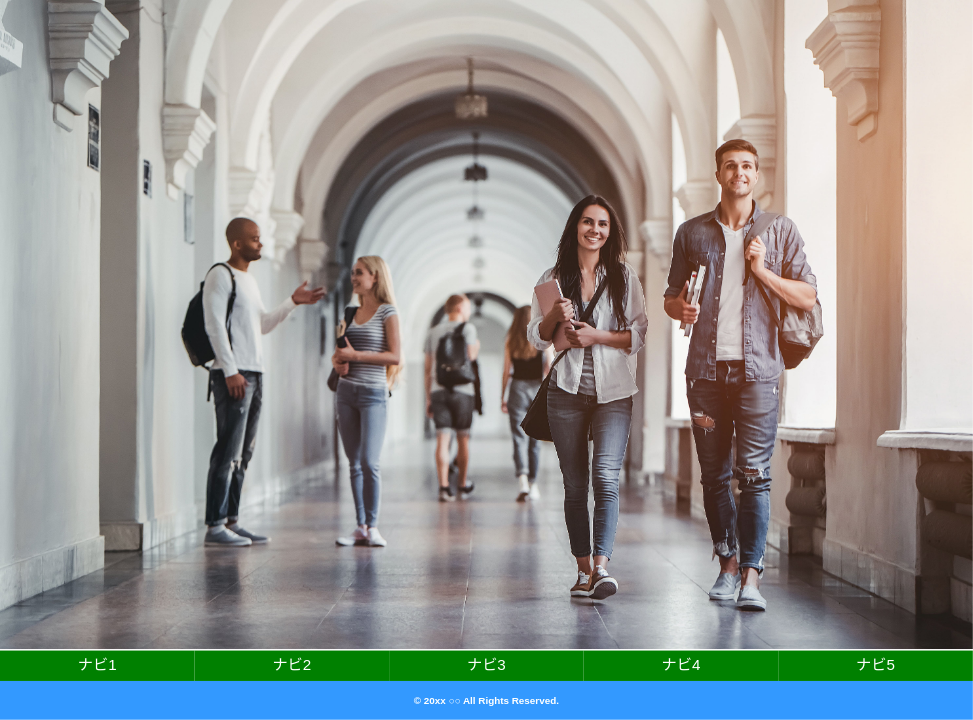
Repository: T-Ohchi/samurai_HTML-CSS
Page: home.html
The author's editor kept a record of every edit. The page is drawn from the files as they stood at one moment, then again after the next edit.
The browser window is 1280 px wide. The pictures show the whole page, at 76% of full size.
Pictures or frames that could not be fetched are drawn as grey boxes.

Above is the page before.

### home.html
<!DOCTYPE html>
<html lang="ja">
<head>
    <meta charset="UTF-8">
    <title>HTML/CSSの学習</title>
    <link rel="stylesheet" href="stylesheet.css">
</head>
<body>
        <div id="header">
            <h1><a href="index.html"><img id="corridor" src="images/corridor.jpg" alt="大学の廊下" /></a></h1>
        </div>
        <div id="wrapper">
            <div id="nav">
                <ul>
                    <li><a href="home.html">ナビ1</a></li>
                    <li><a href="#">ナビ2</a></li>
                    <li><a href="#">ナビ3</a></li>
                    <li><a href="#">ナビ4</a></li>
                    <li><a href="#">ナビ5</a></li>
                </ul>
            </div>
        </div>
        <div id="footer">
            <p>&copy; 20xx ○○ All Rights Reserved.</p>
        </div>
</body>
</html>

### stylesheet.css
@charset "utf-8";

body {
	margin: 0;
	padding: 0;
	font-family: "ヒラギノ角ゴ Pro W3", "Hiragino Kaku Gothic Pro", "メイリオ", Meiryo, Osaka, "ＭＳ Ｐゴシック", "MS PGothic", sans-serif;
	color: #333;
	font-size: 13px;
	line-height: 150%;
}

/* -------------------- wrapper -------------------- */
#wrapper {
	width: 100%;
	margin: auto;
	padding: 0px;
	border: 0px;
	background-color: #FFF;
	top: 10px;
}
 /* -------------------- header -------------------- */
 #header {
 	width: 100%;
 }
 #header h1 {
 	 margin: 0;
	 padding: 0;
 }

 #corridor {
	 width: 100%;
	 height: auto;
 }

 /* -------------------- footer -------------------- */
 #footer {
 	 clear: both;
 	 width: 100%;
 	 padding: 3px 0 3px 0;
 	 background: #39F;
 	 color: #FFF;
 	 font-weight: bold;
 	 text-align: center;
 }

  /* -------------------- nav -------------------- */
 #nav {
	 width: 100%;
 }
 #nav ul {
	 margin: 0;
	 padding: 0;
	 list-style-type: none;
 }
 #nav ul li {
	 float: left;
	 width: 20%;
	 text-align: center;
 }
 #nav ul li a {
	 display: block;
	 height: 20px;
	 margin: 0;
	 padding: 10px;
	 color: #FFF;
	 font-size: 20px;
	 text-decoration: none;
	 background-color: green;
 }

 /* -------------------- container -------------------- */
 #container {
	 width: 100%;
	 margin: auto ;
	 padding: auto;
	 padding-top: 20px;
	 clear: both;
 }
 /* -------------------- main -------------------- */
 #main {
	 float: left;
	 width: 60%;
	 padding: 10px 30px 10px 10px;
 }
 #main h2 {
	 margin: 0 0 10px 0;
	 padding: 3px 10px 3px 10px;
	 color: #FFF;
	 font-size: 16px;
	 border-left: solid 10px #C00;
	 background: #F90 url(../images/main_h2.jpg) right top repeat-y;
 }
 #main p {
	 margin: 0;
	 padding: 0;
 }
 #main .post {
	 margin: 0 0 30px 0;
 }

 #main .post img.right {
	 margin: 0 0 0 8px;
 }
 #main .post img.left {
	 margin: 0 8px 0 0;
 }

 .right {
	 float: right;
	 width: 40%;
	 height: auto;
 }
 .left {
	 float: left;
	 width: 40%;
	 height: auto;
 }

 /* -------------------- clearfix -------------------- */
 .clearfix {
	 zoom: 1;
 }
 .clearfix:after{
	 content: "";
	 display: block;
	 clear: both;
 }


 /* -------------------- side -------------------- */
 #side {
 	 float: right;
 	 width: 30%;
 	 padding: 20px;
 	 background-color: #F99;
 }
 #side .box {
 	 margin: 0 auto 30px auto;
 	 padding: 0 0 20px 0;
 	 background: url(images/side_box.png) bottom no-repeat;
 }
 #side .box h2 {
 	 margin: 0;
 	 padding: 8px;
 	 text-align: center;
 	 color: #fff;
 	 font-size: 16px;
 	 line-height: 16px;
 	 font-weight: normal;
 	 background: url(images/side_box_h2.png) center no-repeat;
 }
 #side .box .boxBody {
 	 padding: 8px;
 	 border-right: solid 1px #C36;
 	 border-bottom: solid 1px #C36;
 	 border-left: solid 1px #C36;
 	 background: #fff;
 }
 #side .box .boxBody ul {
 	 margin: 0 0 16px 0;
 	 padding: 0;
 }
 #side .box .boxBody ul li {
 	 padding: 8px 0 8px 4px;
 	 list-style: none;
 	 border-bottom: solid 1px #C36;
 }

After the next edit:
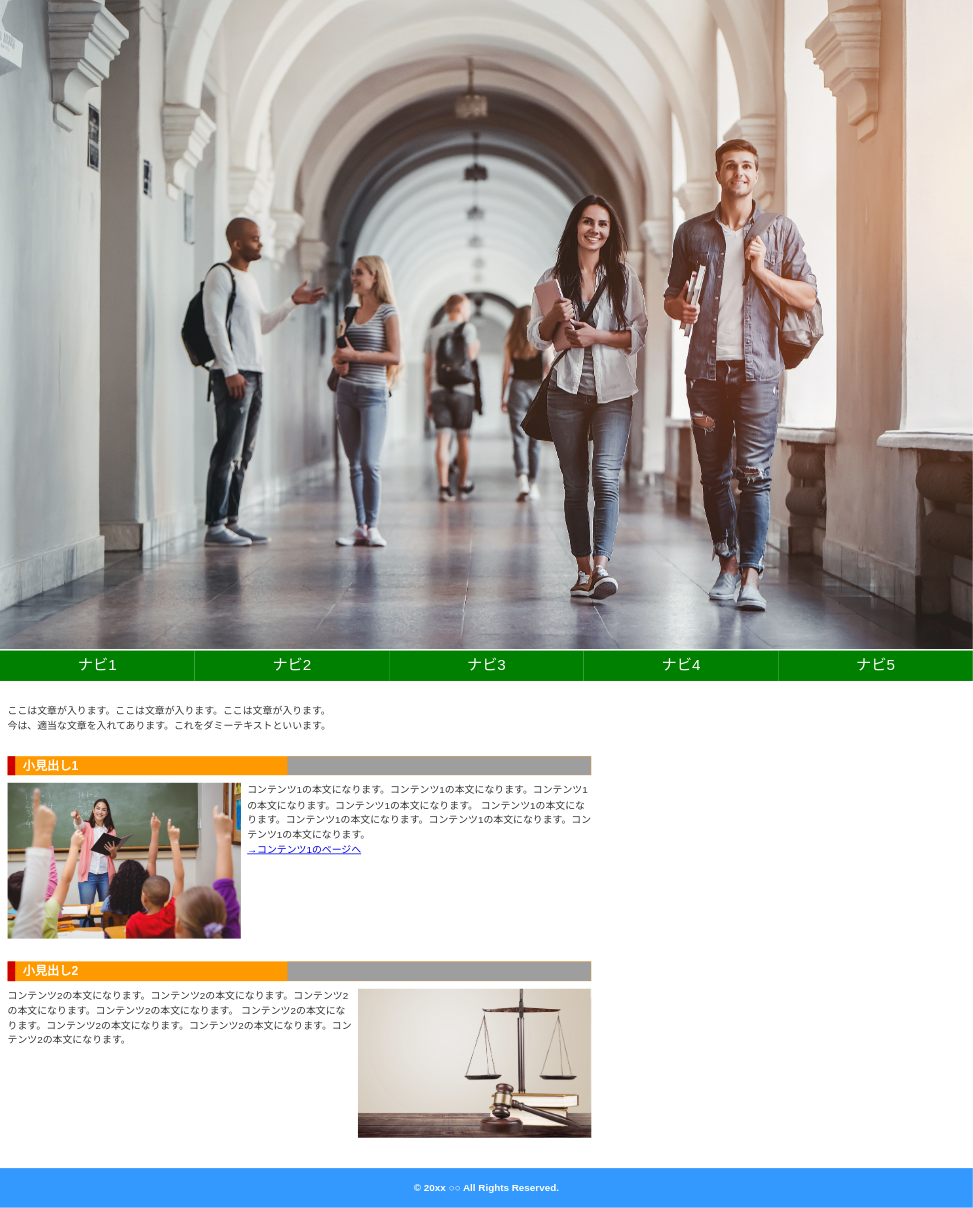
The edit:
--- a/home.html
+++ b/home.html
@@ -19,6 +19,30 @@
                     <li><a href="#">ナビ5</a></li>
                 </ul>
             </div>
+                        <div id="container">
+                <div id="main">
+                    <div class="post">
+                        <p>ここは文章が入ります。ここは文章が入ります。ここは文章が入ります。<br />今は、適当な文章を入れてあります。これをダミーテキストといいます。</p>
+                    </div>
+                    <div class="post clearfix">
+                        <h2>小見出し1</h2>
+                        <img class="left" src="images/classroom.jpg" alt="授業風景" />
+                        <p>
+                            コンテンツ1の本文になります。コンテンツ1の本文になります。コンテンツ1の本文になります。コンテンツ1の本文になります。
+                            コンテンツ1の本文になります。コンテンツ1の本文になります。コンテンツ1の本文になります。コンテンツ1の本文になります。
+                        </p>
+                        <p><a href="#">→コンテンツ1のページへ</a></p>
+                    </div>
+                    <div class="post clearfix">
+                        <h2>小見出し2</h2>
+                        <img class="right" src="images/scale.jpg" alt="天秤" />
+                        <p>
+                            コンテンツ2の本文になります。コンテンツ2の本文になります。コンテンツ2の本文になります。コンテンツ2の本文になります。
+                            コンテンツ2の本文になります。コンテンツ2の本文になります。コンテンツ2の本文になります。コンテンツ2の本文になります。
+                        </p>
+                    </div>
+                </div>
+            </div>
         </div>
         <div id="footer">
             <p>&copy; 20xx ○○ All Rights Reserved.</p>
